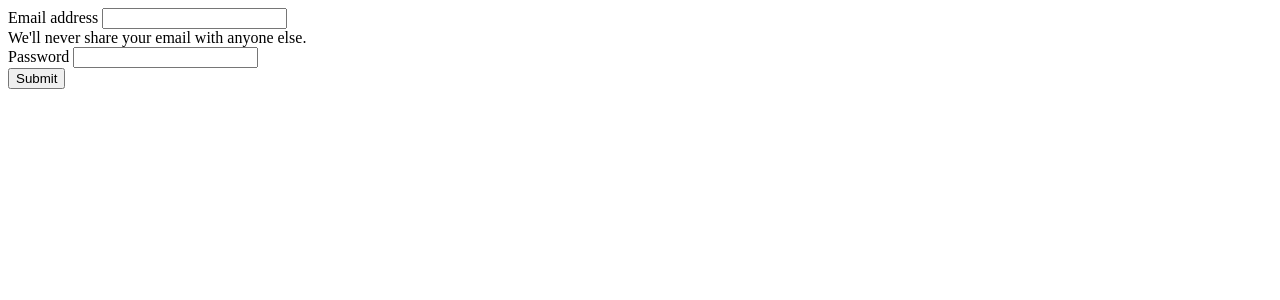
Repository: cosmin05072018/test-codeigniter
Page: http://localhost/database/application/views/login.php
The author's editor kept a copy of each file at every save. The page is drawn from the files as they stood at one save, then again after the next save.
The browser window is 1280 px wide. The pictures show the whole page.
The page is run by PHP 8.4 with error messages shown; the project is at /var/www/html/.

Above is the page before, as saved 2025-03-09 17:22:52.

After the next save:
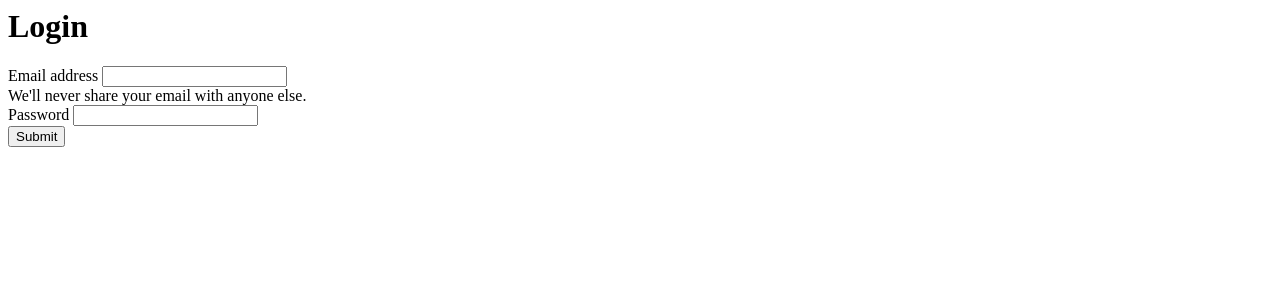
Saved 35 s later.
--- a/application/views/login.php
+++ b/application/views/login.php
@@ -1,5 +1,6 @@
 <div class="container pt-5">
 	<form>
+		<h1>Login</h1>
 		<div class="mb-3">
 			<label for="exampleInputEmail1" class="form-label">Email address</label>
 			<input type="email" class="form-control" id="exampleInputEmail1" aria-describedby="emailHelp">
